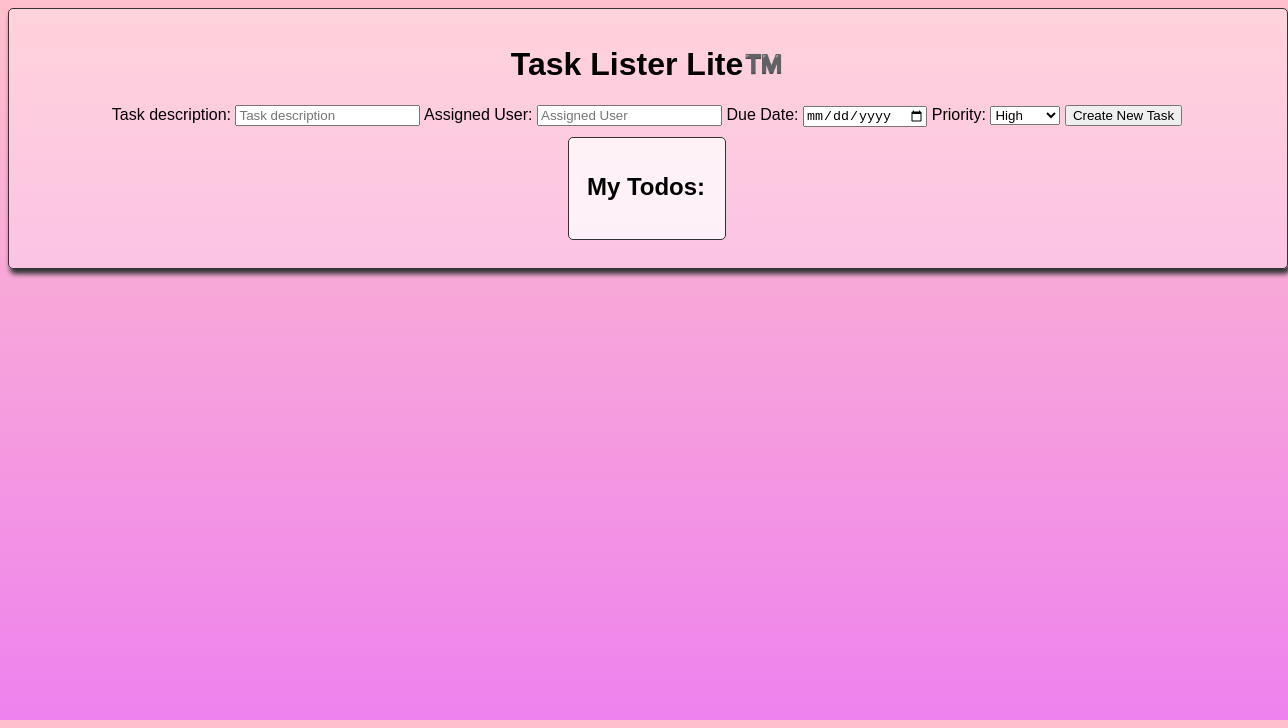
Repository: PEEZYBEE/phase-1-tasklister-mini-project
Page: index.html
The author's editor kept a copy of each file at every save. The page is drawn from the files as they stood at one save, then again after a run of saves.
The browser window is 1280 px wide. The page is 1288 px wide, so the pictures cover 1288 px, including what lies to the right of the window. The pictures show the whole page.

Above is the page before, as saved 2025-03-15 17:58:18.

### index.html
<!DOCTYPE HTML>
<html lang="en">
<head>
  <meta charset="UTF-8">
  <title>Task Lister</title>
  <link rel="stylesheet" href="./style.css">
</head>
<body>
  <div id="main-content">
    <h1>Task Lister Lite™️</h1>

    <form id="create-task-form" action="" method="POST">
      <label for="new-task-description">Task description:</label>
      <input type="text" id="new-task-description" placeholder="Task description">

      <label for="task-user">Assigned User:</label>
      <input type="text" id="task-user" placeholder="Assigned User">

      <label for="task-due-date">Due Date:</label>
      <input type="date" id="task-due-date">

      <label for="task-priority">Priority:</label>
      <select id="task-priority">
        <option value="high">High</option>
        <option value="medium">Medium</option>
        <option value="low">Low</option>
      </select>

      <input type="submit" value="Create New Task">
    </form>

    <div id="list">
      <h2>My Todos:</h2>
      <ul id="tasks">
      </ul>
    </div>
  </div>

  <script src="./src/index.js"></script>
</body>
</html>

### style.css
html {
  height: 100%;
  width: 100%;
  font-family: "Titillium Web", sans-serif;
}

body {
  min-height: 100%;
  min-width: 100%;
  background: linear-gradient(pink, violet);
}

button {
  font-size: 7px;
}

#main-content {
  position: relative;
  display: flex;
  justify-content: center;
  align-items: center;
  flex-direction: column;
  border: 1px solid #333;
  background: rgba(255, 255, 255, 0.3);
  padding: 15px 20px 18px 18px;
  border-radius: 5px;
  box-shadow: 2px 5px 5px #333;
}

#list {
  margin: 10px;
  border: 1px solid #333;
  background: rgba(255, 255, 255, 0.75);
  padding: 15px 20px 18px 18px;
  border-radius: 5px;
  box-shadow: 2px 5px 5p

### src/index.js
document.addEventListener("DOMContentLoaded", () => {
  // Select form and task list
  const form = document.querySelector("#create-task-form");
  const taskList = document.querySelector("#tasks");

  form.addEventListener("submit", function (event) {
    event.preventDefault(); // Prevent page reload

    // Select input values
    const taskInput = document.querySelector("#new-task-description");
    const userInput = document.querySelector("#task-user");
    const dueDateInput = document.querySelector("#task-due-date");
    const priorityInput = document.querySelector("#task-priority");

    const taskText = taskInput.value.trim();
    const userText = userInput.value.trim();
    const dueDateText = dueDateInput.value.trim();
    const priorityValue = priorityInput.value;

    if (taskText === "") return; // Prevent empty tasks

    // Create a new list item
    const listItem = document.createElement("li");
    listItem.innerHTML = `<strong>${taskText}</strong> (User: ${userText}, Due: ${dueDateText}) <button class="delete-btn">❌</button> <button class="edit-btn">✏️</button>`;

    // Apply priority color
    if (priorityValue === "high") listItem.style.color = "red";
    if (priorityValue === "medium") listItem.style.color = "orange";
    if (priorityValue === "low") listItem.style.color = "green";

    listItem.dataset.priority = priorityValue; // Store priority for sorting
    taskList.appendChild(listItem);

    // Clear input fields after submission
    taskInput.value = "";
    userInput.value = "";
    dueDateInput.value = "";

    // Delete task functionality
    listItem.querySelector(".delete-btn").addEventListener("click", () => {
      listItem.remove();
    });

    // Edit task functionality
    listItem.querySelector(".edit-btn").addEventListener("click", () => {
      const newTaskText = prompt("Edit task:", taskText);
      if (newTaskText) {
        listItem.querySelector("strong").textContent = newTaskText;
      }
    });

    // Sort tasks after each addition
    sortTasks();
  });

  // Sorting function (ascending by priority)
  function sortTasks() {
    const tasksArray = Array.from(taskList.children);
    tasksArray.sort((a, b) => {
      const priorityLevels = { high: 1, medium: 2, low: 3 };
      return priorityLevels[a.dataset.priority] - priorityLevels[b.dataset.priority];
    });

    taskList.innerHTML = ""; // Clear and re-add sorted tasks
    tasksArray.forEach(task => taskList.appendChild(task));
  }
});

After the next 2 saves:
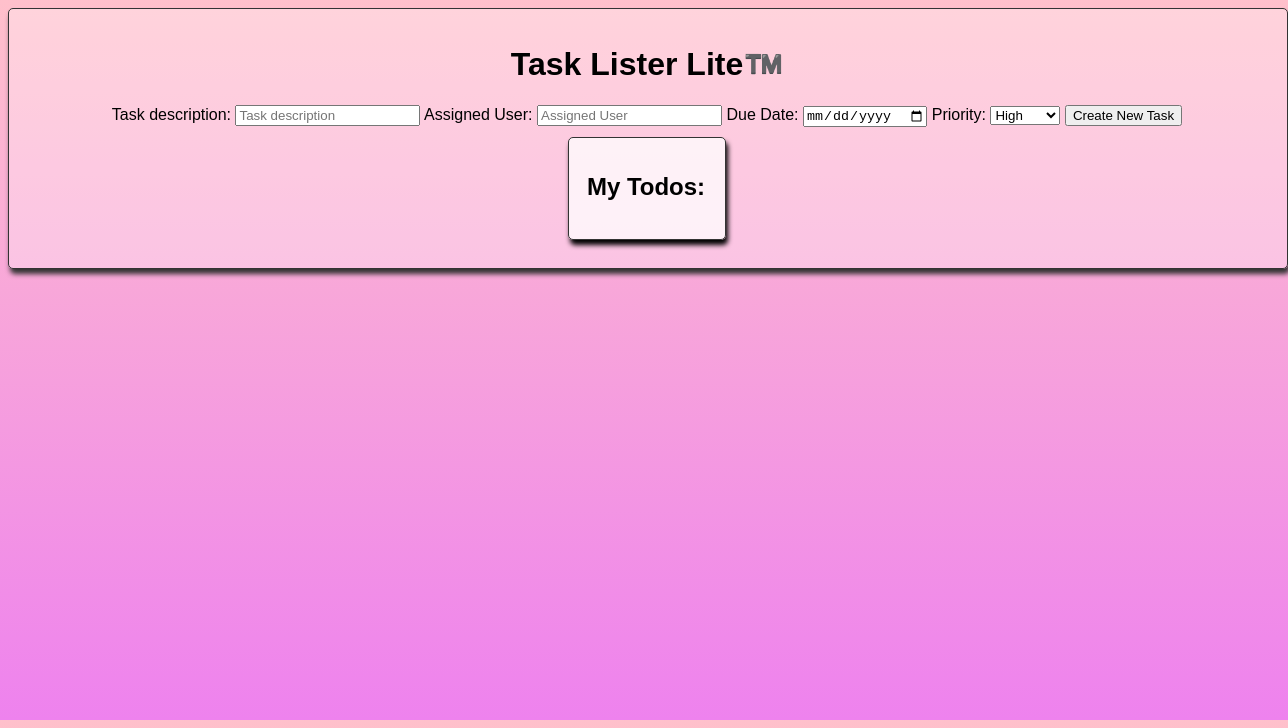
The 2 saves are shown as one change because they came seconds apart.
The last was saved 10 s later.
--- a/style.css
+++ b/style.css
@@ -33,4 +33,4 @@ button {
   background: rgba(255, 255, 255, 0.75);
   padding: 15px 20px 18px 18px;
   border-radius: 5px;
-  box-shadow: 2px 5px 5p
+  box-shadow: 2px 5px 5px
